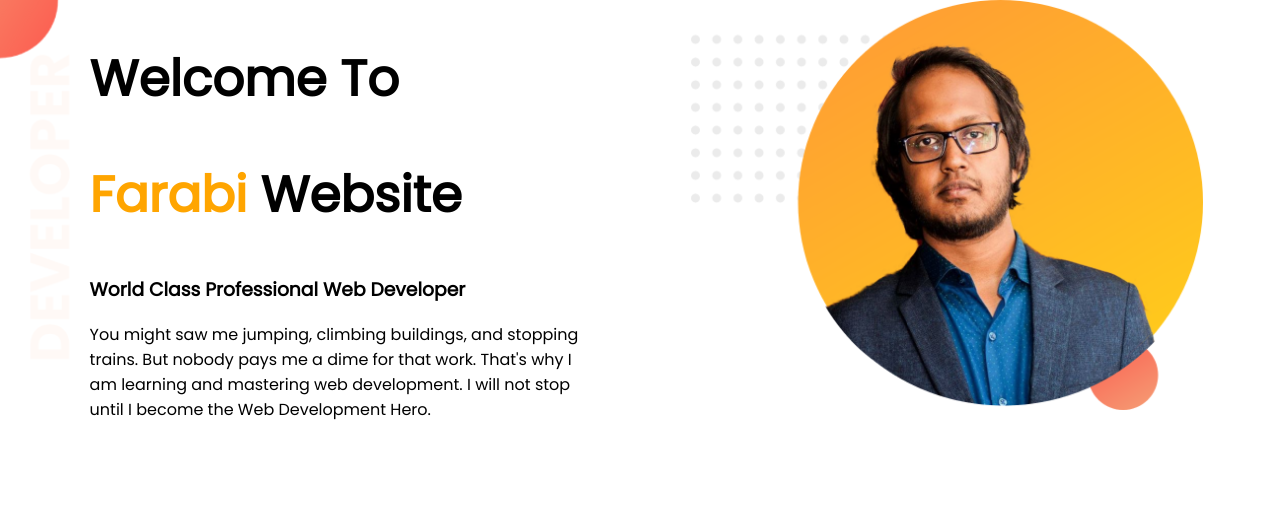
Repository: mohsinfarabi/web-portfolio
Page: index.html
An editor plug-in stored every save of this project. The page is shown before and after the next save, followed by the edit.
The browser window is 1280 px wide. The pictures show the whole page.

Above is the page before, as saved 2020-06-30 23:02:59.

### index.html
<!DOCTYPE html>
<html lang="en">

<head>
    <meta charset="UTF-8">
    <meta name="viewport" content="width=device-width, initial-scale=1.0">
    <link href="https://fonts.googleapis.com/css2?family=Poppins" rel="stylesheet">
    <title>Farabi Web Developer</title>
    <link rel="stylesheet" href="style.css">
</head>

<body>
    <section class="top-banner">
        <div class="half-width">
            <h1>Welcome To</h1>
            <h1><span class="name-highlight">Farabi</span> Website</h1>
            <h3>World Class Professional Web Developer</h3>
            <p>You might saw me jumping, climbing buildings, and stopping trains. But nobody pays me a dime for that work. That's why I am learning and mastering web development. I will not stop until I become the Web Development Hero.</p>
            <a class="link-button" target="_blank" href="https://www.linkedin.com/in/mohsin-farabi-68655040/">HIRE ME</a>
        </div>
        <div class="half-width">
            <img src="images/profile1.png" alt="">
        </div>
    </section>
</body>

</html>

### style.css
body {
    margin: 0;
    font-family: 'Poppins', sans-serif;
}

h1 {
    font-size: 50px;
}

.name-highlight {
    color: orange;
}

.half-width {
    width: 40%;
    float: left;
    margin-left: 5%;
    padding-left: 2%;
}

.half-width img {
    width: 100%;
}

.top-banner {
    background-image: url(images/top-banner.png);
    background-repeat: no-repeat;
}

section {
    height: 500px;
}

.link-button {
    text-decoration: none;
    background-image: linear-gradient(45deg lightSalmon, tomato);
    padding: 10px 20px;
    border-radius: 10px;
    color: white;
    font-weight: 700;
}

After the next save:
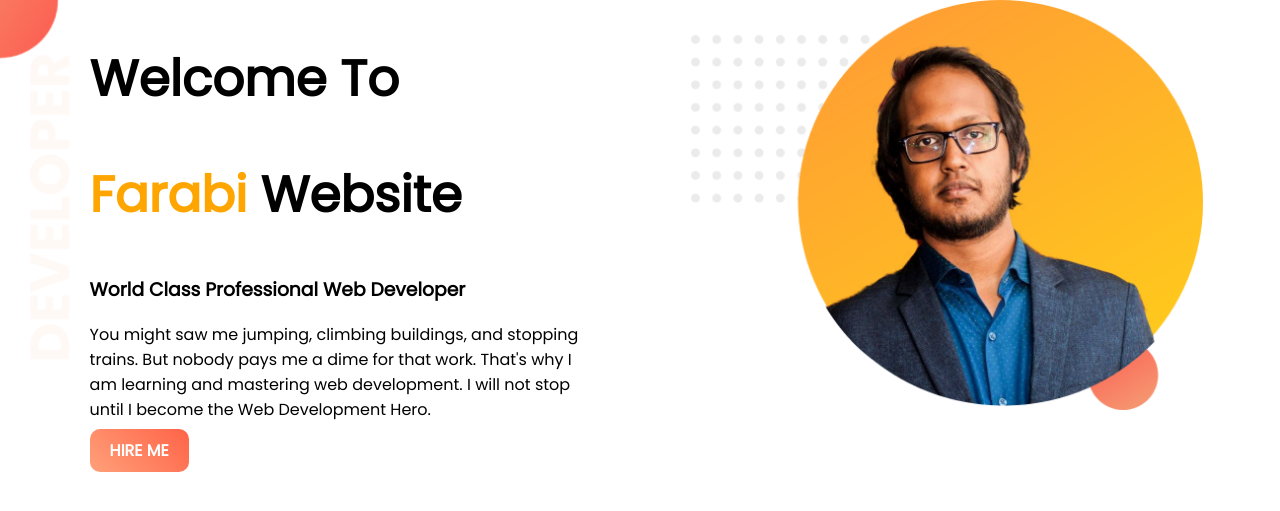
Saved 11 s later.
--- a/style.css
+++ b/style.css
@@ -33,7 +33,7 @@ section {
 
 .link-button {
     text-decoration: none;
-    background-image: linear-gradient(45deg lightSalmon, tomato);
+    background-image: linear-gradient(45deg, lightSalmon, tomato);
     padding: 10px 20px;
     border-radius: 10px;
     color: white;
